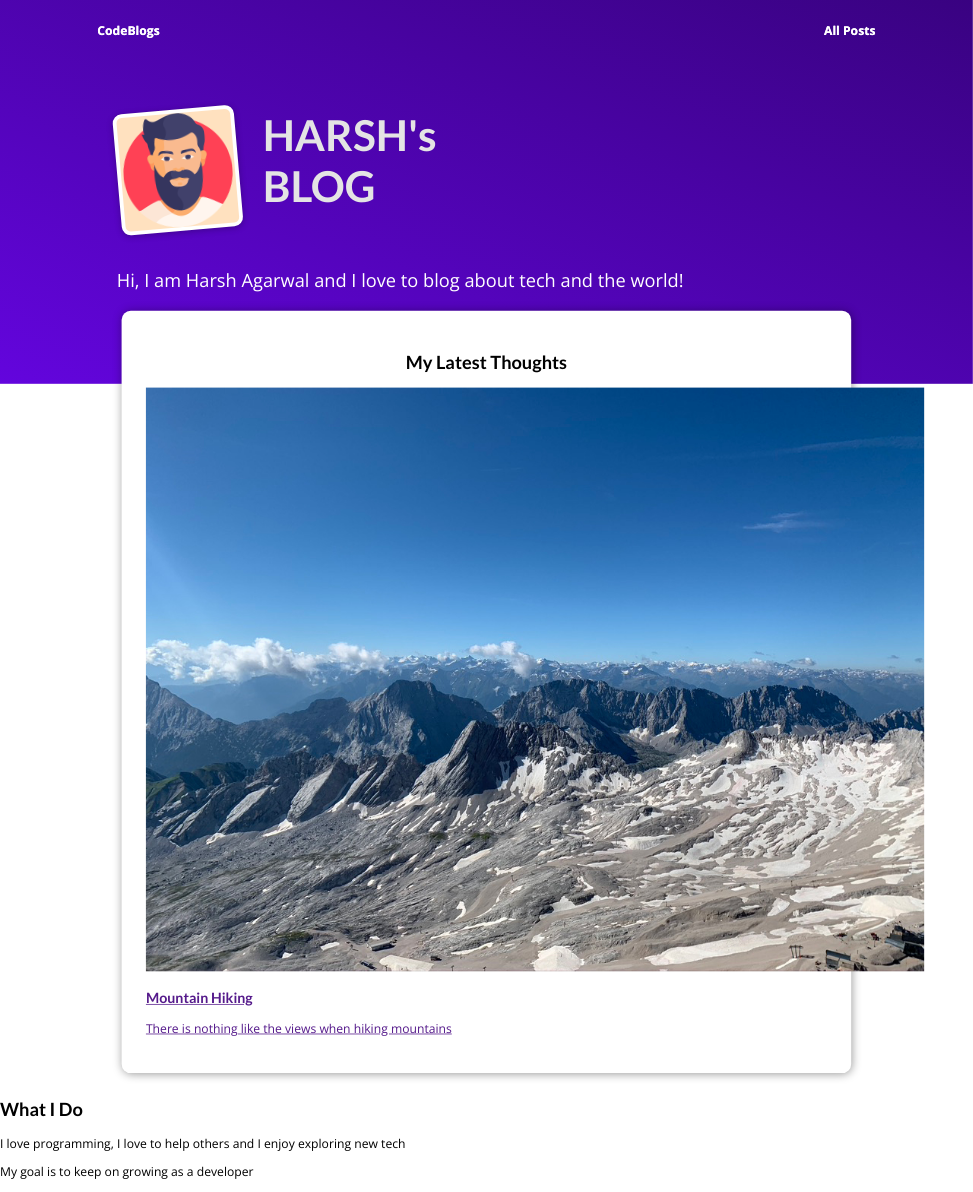
Repository: harshagr64/codeblogs
Page: http://localhost/
The author's editor kept a copy of each file at every save. The page is drawn from the files as they stood at one save, then again after the next save.
The browser window is 1280 px wide. The pictures show the whole page, at 76% of full size.
The page is served by the project's application, run on Django 3.2 (manage.py).

Above is the page before, as saved 2021-08-21 11:09:30.

After the next save:
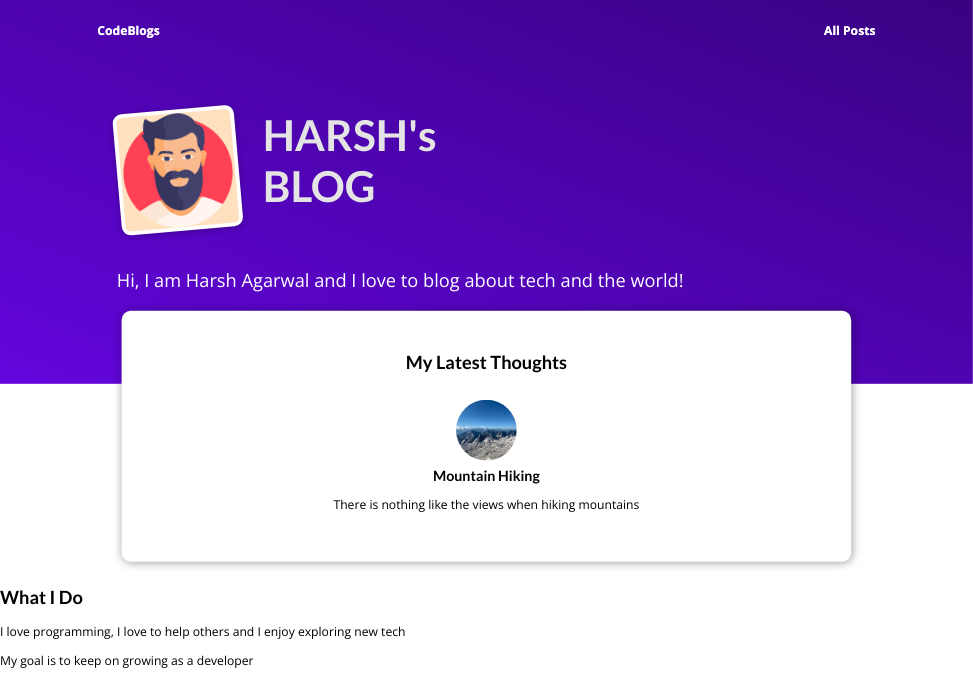
Saved 4 s later.
--- a/codeblogs/blog/templates/blog/index.html
+++ b/codeblogs/blog/templates/blog/index.html
@@ -4,7 +4,7 @@
 
 {% block css_files %}
     <link rel="stylesheet" href="{% static "blog/index.css" %}">
-    <link rel="stylesheet" href="{% static "blog/index.css" %}">
+    <link rel="stylesheet" href="{% static "blog/posts.css" %}">
 {% endblock css_files %}
 
 
